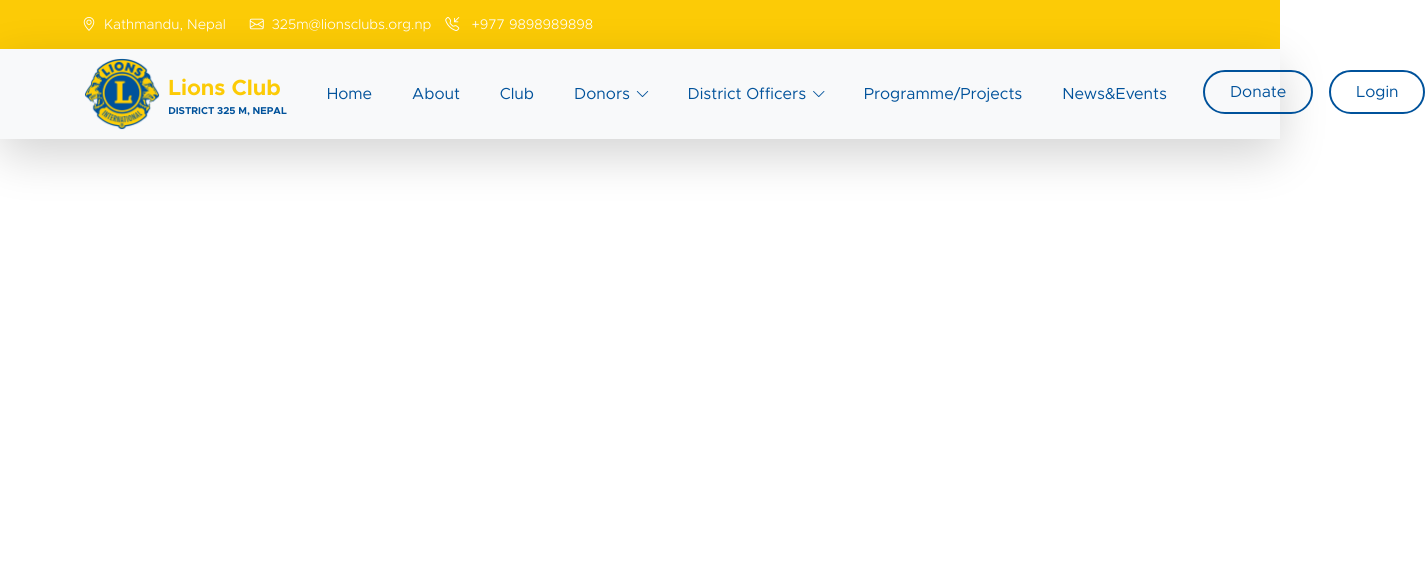
Repository: sandhya8109/Lions
Page: http://localhost/forget.php
These files come from the project's save history. The page is drawn as it stood at one moment and after the next save; the edit follows.
The browser window is 1280 px wide. The page is 1425 px wide, so the pictures cover 1425 px, including what lies to the right of the window. The pictures show the whole page.
The page is run by PHP 8.4 with error messages shown; the project is at /var/www/html/.

Above is the page before, as saved 2023-06-18 13:54:35.

After the next save:
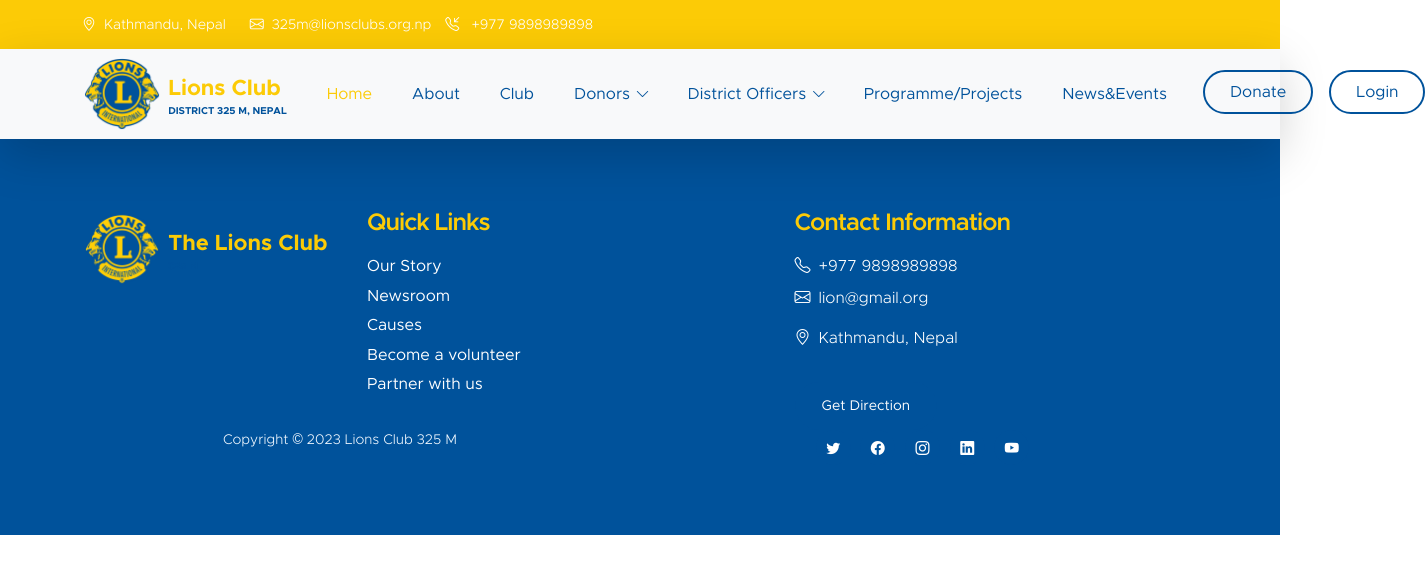
Console error: TypeError: Cannot read properties of undefined (reading 'top')
Saved 11 s later.
--- a/forget.php
+++ b/forget.php
@@ -1,2 +1,4 @@
 <?php
 include('nav.php') ?>
+<?php
+include('footer.php') ?>
